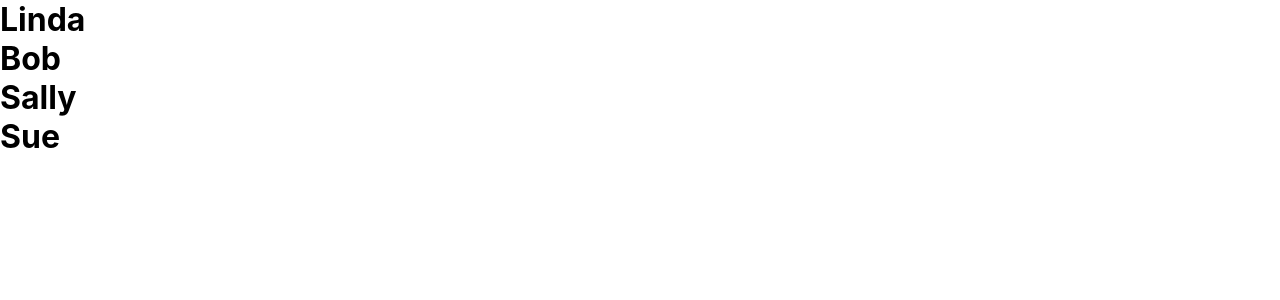
Repository: JavaidAhmadKhan/robo-friends-2.0
Page: /
These files come from the project's save history. The page is drawn as it stood at one moment and after the next save; the edit follows.
The browser window is 1280 px wide. The pictures show the whole page.
The project was rebuilt for these pictures with package versions that can differ from the ones it lists, and the page was loaded fresh each time.

Above is the page before, as saved 2022-04-20 13:10:36.

### public/index.html
<!DOCTYPE html>
<html lang="en">
  <head>
    <meta charset="utf-8" />
    <link rel="icon" href="%PUBLIC_URL%/favicon.ico" />
    <meta name="viewport" content="width=device-width, initial-scale=1" />
    <meta name="theme-color" content="#000000" />
    <meta
      name="description"
      content="Web site created using create-react-app"
    />
    <link rel="apple-touch-icon" href="%PUBLIC_URL%/logo192.png" />
    <!--
      manifest.json provides metadata used when your web app is installed on a
      user's mobile device or desktop. See https://developers.google.com/web/fundamentals/web-app-manifest/
    -->
    <link rel="manifest" href="%PUBLIC_URL%/manifest.json" />
    <!--
      Notice the use of %PUBLIC_URL% in the tags above.
      It will be replaced with the URL of the `public` folder during the build.
      Only files inside the `public` folder can be referenced from the HTML.

      Unlike "/favicon.ico" or "favicon.ico", "%PUBLIC_URL%/favicon.ico" will
      work correctly both with client-side routing and a non-root public URL.
      Learn how to configure a non-root public URL by running `npm run build`.
    -->
    <title>Robo Friends 2.0</title>
  </head>
  <body>
    <noscript>You need to enable JavaScript to run this app.</noscript>
    <div id="root"></div>
    <!--
      This HTML file is a template.
      If you open it directly in the browser, you will see an empty page.

      You can add webfonts, meta tags, or analytics to this file.
      The build step will place the bundled scripts into the <body> tag.

      To begin the development, run `npm start` or `yarn start`.
      To create a production bundle, use `npm run build` or `yarn build`.
    -->
  </body>
</html>

### src/App.js
import { Component } from "react";
import "./App.css";

class App extends Component {
  constructor() {
    super();

    this.state = {
      monsters: [
        {
          name: "Linda",
          id: "1",
        },
        {
          name: "Bob",
          id: "2",
        },
        {
          name: "Sally",
          id: "3",
        },
        {
          name: "Sue",
          id: "4",
        },
      ],
    };
  }

  render() {
    return (
      <div className="App">
        {this.state.monsters.map((monster) => {
          return (
            <div key={monster.id}>
              <h1>{monster.name}</h1>
            </div>
          );
        })}
      </div>
    );
  }
}

export default App;

Loaded but not shown: src/index.js (common file); src/index.css (common file); src/reportWebVitals.js (common file); src/App.css (common file)

After the next save:
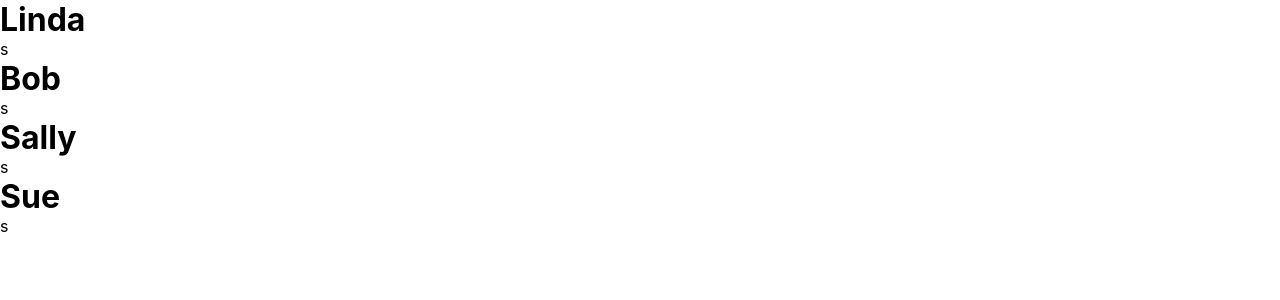
Saved 49 s later.
--- a/src/App.js
+++ b/src/App.js
@@ -33,7 +33,7 @@
         {this.state.monsters.map((monster) => {
           return (
             <div key={monster.id}>
-              <h1>{monster.name}</h1>
+              <h1>{monster.name}</h1>s
             </div>
           );
         })}

After the save that followed:
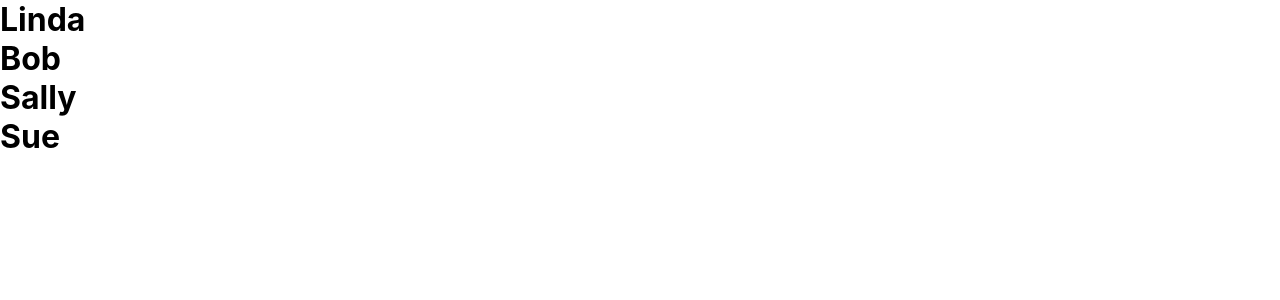
Saved 9 s later.
--- a/src/App.js
+++ b/src/App.js
@@ -33,7 +33,7 @@
         {this.state.monsters.map((monster) => {
           return (
             <div key={monster.id}>
-              <h1>{monster.name}</h1>s
+              <h1>{monster.name}</h1>
             </div>
           );
         })}
